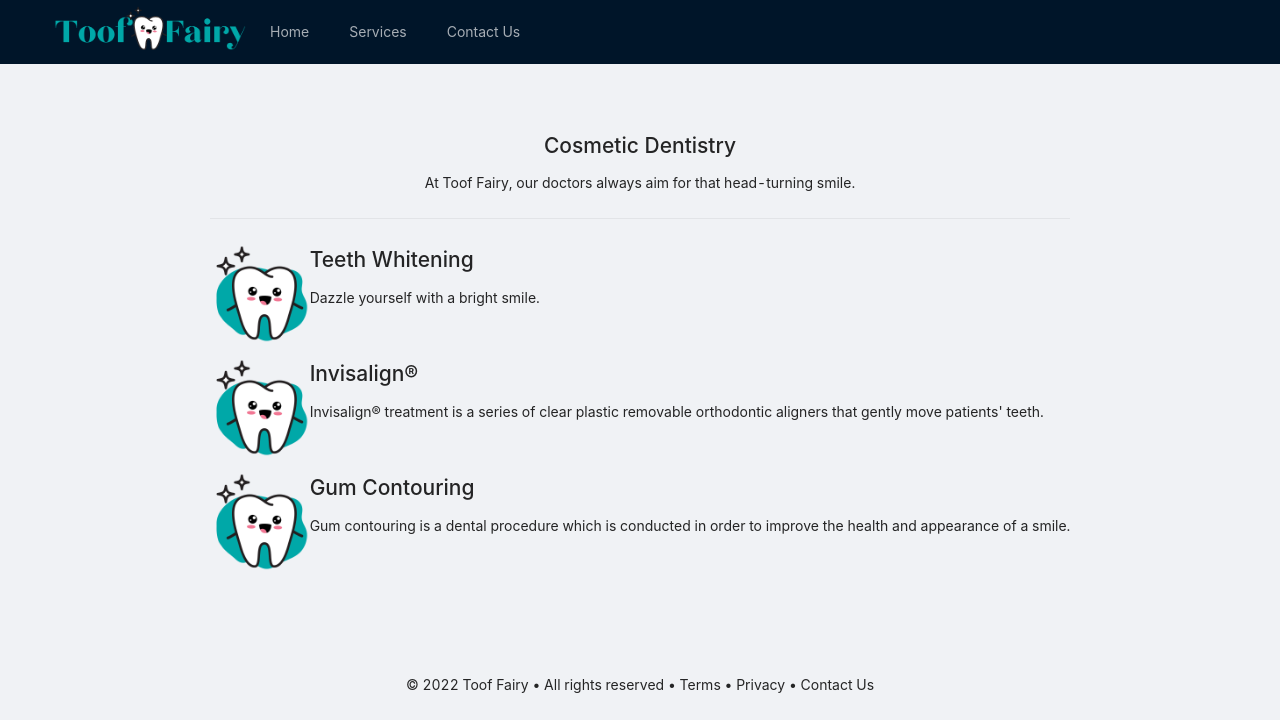
Repository: neldad1/dentist-app
Page: /cosmetic
An editor plug-in stored every save of this project. The page is shown before and after the next save, followed by the edit.
The browser window is 1280 px wide. The pictures show the whole page.
The project was rebuilt for these pictures with package versions that can differ from the ones it lists, and the page was loaded fresh each time. Also part of the build but not shown: src/components/Home.jsx, src/components/Contact.jsx, src/components/Services/Resorative.jsx, src/components/Services/Preventative.jsx.

Above is the page before, as saved 2022-03-09 22:00:55.

After the next save:
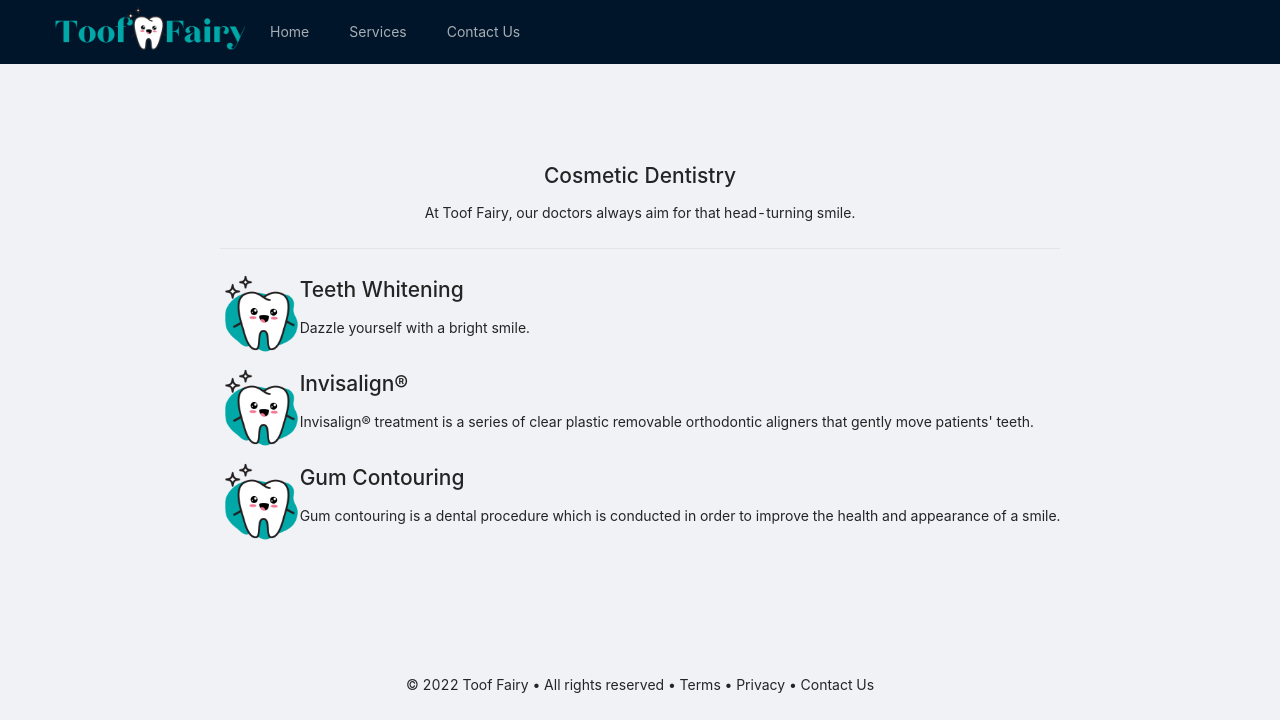
Saved 7 s later.
--- a/src/components/ToofImg.jsx
+++ b/src/components/ToofImg.jsx
@@ -3,7 +3,7 @@ import { Image } from 'antd';
 const ToofImg = () => {
   return (
     <div>
-      <Image width={100} src={require('../toof.png')} alt="toof" />
+      <Image width={80} src={require('../toof.png')} alt="toof" />
     </div>
   );
 };
